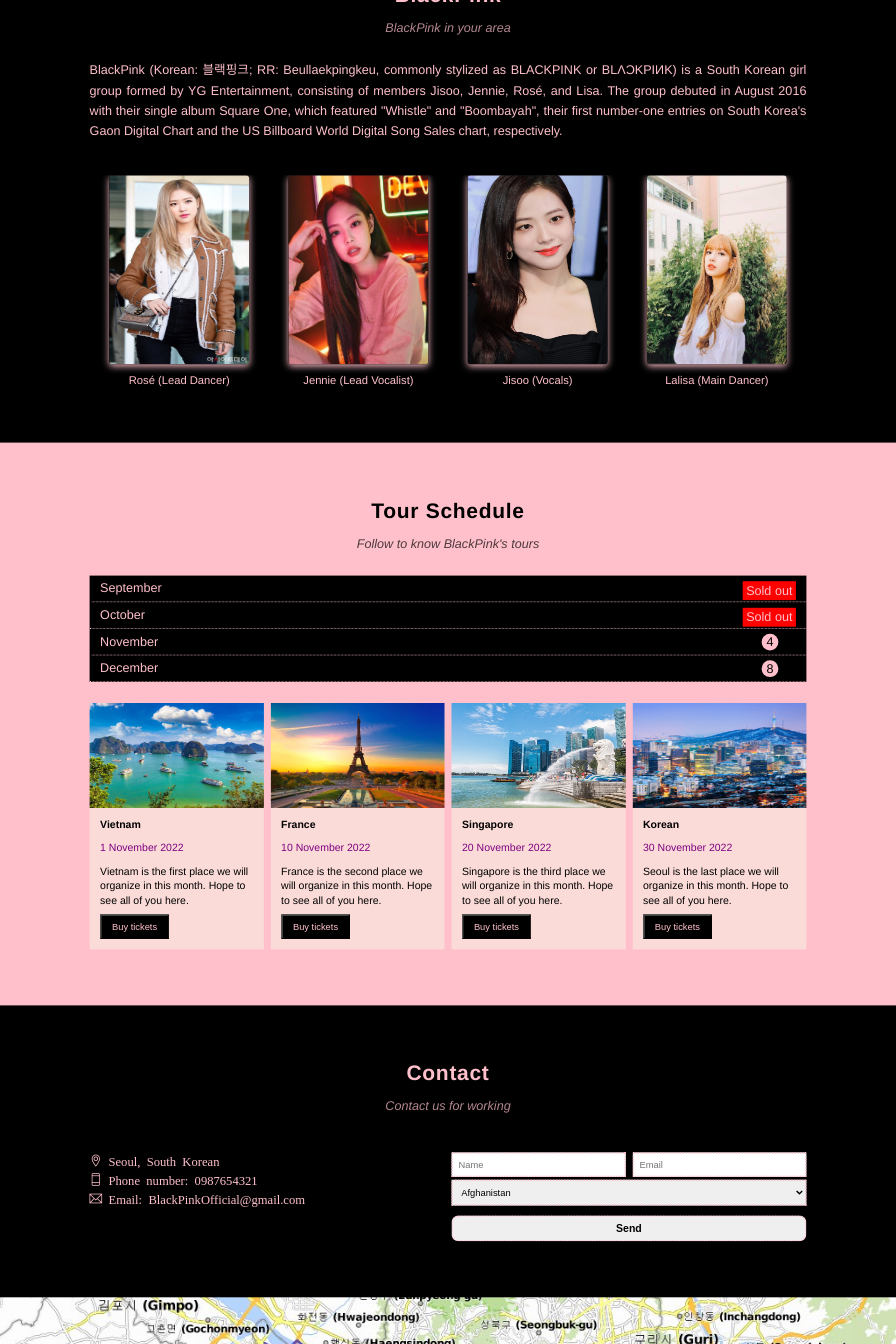
Repository: harrycricket/Blackpink_Band_Deploy
Page: index.html
These files come from the project's save history. The page is drawn as it stood at one moment and after the next save; the edit follows.
The browser window is 1280 px wide. The pictures show the part of the page from y = 1016 to 2936 px (the page is 3310 px tall before and 3024 px after), at 70% of full size.

Above is the page before, as saved 2023-03-25 15:50:17.

After the next save:
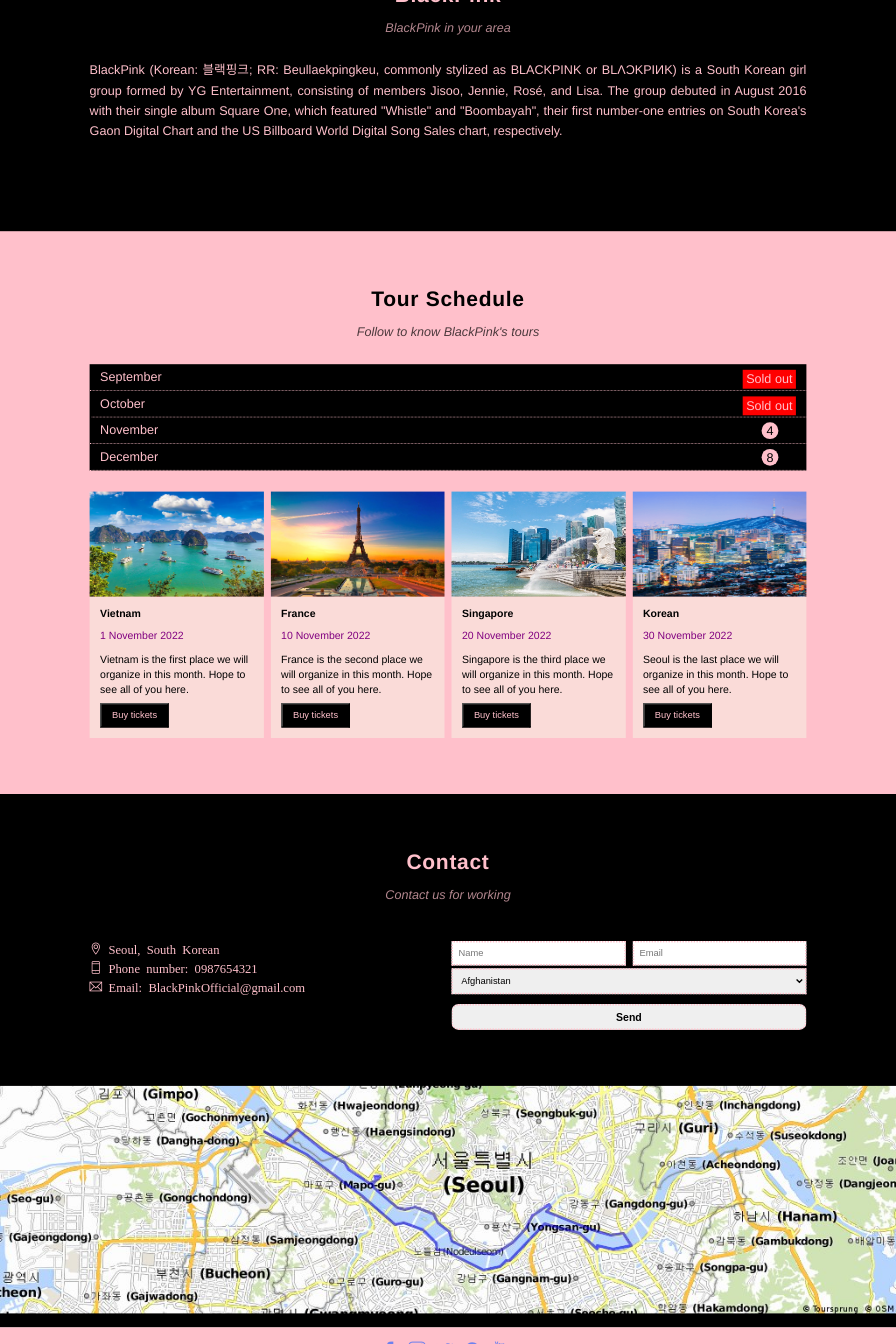
Saved 2 min 6 s later.
--- a/index.html
+++ b/index.html
@@ -64,31 +64,7 @@
                 </p>
 
                 <div class="member-team">
-                    <div class="column column-quarter text-center">
-                        <img src="./assets/img/member/Rosé.jpg" alt="Rosé image" class="member-image">
-                        <p><a target="_blank" href="https://en.wikipedia.org/wiki/Ros%C3%A9_(singer)"
-                                class="member-name">Rosé (Lead
-                                Dancer)</a></p>
-                    </div>
-
-                    <div class="column column-quarter text-center">
-                        <img src="./assets/img/member/Jennie.jpg" alt="Jennie image" class="member-image">
-                        <p><a target="_blank" href="https://en.wikipedia.org/wiki/Jennie_(singer)"
-                                class="member-name">Jennie (Lead
-                                Vocalist)</a></p>
-                    </div>
-
-                    <div class="column column-quarter text-center">
-                        <img src="./assets/img/member/Jisoo.jpg" alt="Jisoo image" class="member-image">
-                        <p><a target="_blank" href="https://en.wikipedia.org/wiki/Jisoo" class="member-name">Jisoo
-                                (Vocals)</a></p>
-                    </div>
-
-                    <div class="column column-quarter text-center">
-                        <img src="./assets/img/member/Lalisa.jpg" alt="Lalisa image" class="member-image">
-                        <p><a target="_blank" href="https://en.wikipedia.org/wiki/Lisa_(rapper)"
-                                class="member-name">Lalisa (Main Dancer)</a></p>
-                    </div>
+
 
                     <div class="clear"></div>
                 </div>
